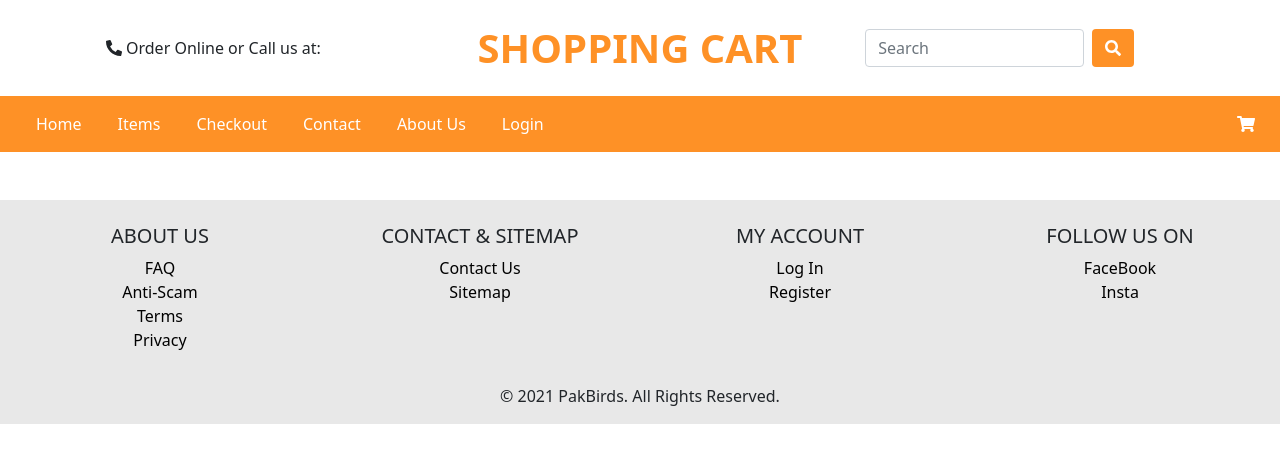
Repository: SaudCh/React-Ecommerce
Page: /checkout
These files come from the project's save history. The page is drawn as it stood at one moment and after the next save; the edit follows.
The browser window is 1280 px wide. The pictures show the whole page.
The project was rebuilt for these pictures with package versions that can differ from the ones it lists, and the page was loaded fresh each time. Also part of the build but not shown: src/App.css, src/Home/Carousel.jsx, src/data/items.js, src/data/discounted.js, src/Home/Card.jsx, src/Home/home.jsx, src/Login/Login.jsx, src/Register/register.jsx and 3 more.

Above is the page before, as saved 2021-12-22 15:00:24.

### src/App.js
import "./App.css";
import Header from "./Header/Header";
import "../node_modules/bootstrap/dist/css/bootstrap.min.css";
import "../node_modules/bootstrap/dist/js/bootstrap.bundle.min";
import Home from "./Home/home";
import { BrowserRouter, Switch, Route } from "react-router-dom";
import Login from "./Login/Login";
import Register from "./Register/register";
import Item from "./Item/item";
import Footer from "./Footer/Footer";
import React, { useState } from "react";
import Cart from "./Cart/Cart";

function App() {
  const [cart, setCart] = useState([]);
  const cartHandler = (prod) => {
    //console.log(prod);
    setCart((product) => [...product, prod]);
    //console.log(cart);
  };
  const removeCart = (id) => {
    //console.log(id);
    setCart((c) => {
      return c.filter((ca) => ca.id !== id);
    });
  };
  return (
    <BrowserRouter>
      <Header cart={cart} />
      <Switch>
        <Route path="/" exact>
          <Home cartHandler={cartHandler} />
        </Route>
        <Route path="/product/:pid" exact>
          <Item />
        </Route>
        <Route path="/login" exact>
          <Login />
        </Route>
        <Route path="/register" exact>
          <Register />
        </Route>
        <Route path="/cart" exact>
          {/* <Register /> */}
          <Cart cart={cart} removeCart={removeCart} />
        </Route>
      </Switch>
      <Footer />
    </BrowserRouter>
  );
}

export default App;

### src/Header/Header.jsx
import {
  faPhoneAlt,
  faSearch,
  faShoppingCart,
} from "@fortawesome/free-solid-svg-icons";
import { FontAwesomeIcon } from "@fortawesome/react-fontawesome";
import React from "react";
import { Link } from "react-router-dom";
import "./Header.css";

export default function Header(props) {
  return (
    <div>
      <nav className="container-fluid  my-4">
        <div className="row align-items-center">
          <div className="col-12 col-md-4 my-2 my-lg-0 text-center ">
            <p className="m-0 p-0">
              <FontAwesomeIcon icon={faPhoneAlt} /> Order Online or Call us at:{" "}
            </p>
          </div>
          <div className="col-12 col-md-4 my-2 my-lg-0 text-center">
            <p className="m-0 fw-bold h1" style={{ color: "#fe9126" }}>
              SHOPPING CART
            </p>
          </div>
          <div className="col-12 col-md-4 my-2 my-lg-0 text-center">
            <form class="d-flex col-12 col-lg-8">
              <input
                class="form-control me-2"
                type="search"
                placeholder="Search"
                aria-label="Search"
              />
              <button
                class="btn text-white"
                style={{ backgroundColor: "#fe9126" }}
                type="submit"
              >
                <FontAwesomeIcon icon={faSearch} />
              </button>
            </form>
          </div>
        </div>
      </nav>
      <nav
        class="navbar navbar-expand-md navbar-dark"
        style={{ backgroundColor: "#fe9126" }}
      >
        <div class="container-fluid">
          <Link class="navbar-brand" href="#"></Link>

          <button
            class="navbar-toggler"
            type="button"
            data-bs-toggle="collapse"
            data-bs-target="#navbarSupportedContent"
            aria-controls="navbarSupportedContent"
            aria-expanded="false"
            aria-label="Toggle navigation"
          >
            <span class="navbar-toggler-icon"></span>
          </button>
          <div class="collapse navbar-collapse" id="navbarSupportedContent">
            <ul class="navbar-nav me-auto mb-2 mb-lg-0 nav-ul">
              <li class="nav-item">
                <Link class="nav-link  text-white" aria-current="page" to="/">
                  Home
                </Link>
              </li>
              <li class="nav-item">
                <Link class="nav-link  text-white" to="#">
                  Items
                </Link>
              </li>

              <li class="nav-item">
                <Link
                  class="nav-link text-white"
                  to="#"
                  tabindex="-1"
                  aria-disabled="true"
                >
                  Checkout
                </Link>
              </li>
              <li class="nav-item">
                <Link
                  class="nav-link text-white"
                  to="#"
                  tabindex="-1"
                  aria-disabled="true"
                >
                  Contact
                </Link>
              </li>
              <li class="nav-item">
                <Link
                  class="nav-link text-white"
                  to="#"
                  tabindex="-1"
                  aria-disabled="true"
                >
                  About Us
                </Link>
              </li>
              <li class="nav-item">
                <Link
                  class="nav-link text-white"
                  to="/login"
                  tabindex="-1"
                  aria-disabled="true"
                >
                  Login
                </Link>
              </li>
            </ul>
            <Link to="/cart" className="btn text-white">
              <FontAwesomeIcon icon={faShoppingCart} />
              {props.cart.length ? (
                <span
                  className="bg-danger"
                  style={{
                    borderRadius: "50%",
                    position: "absolute",
                    top: 10,
                    right: 10,
                    height: 20,
                    width: 20,
                    display: "flex",
                    alignItems: "center",
                    justifyContent: "center",
                  }}
                >
                  {props.cart.length}
                </span>
              ) : null}
            </Link>
          </div>
        </div>
      </nav>
    </div>
  );
}

### src/Footer/Footer.jsx
import React from "react";
import "./footer.css";

export default function Footer() {
  return (
    <footer
      style={{ backgroundColor: "#e8e8e8" }}
      class="page-footer font-small blue pt-4 mt-5"
    >
      <div class="container-fluid text-center text-md-left">
        <div class="row">
          <div class="col-md-3 mb-md-0 mb-3">
            <h5 class="text-uppercase">ABOUT US</h5>

            <ul class="list-unstyled">
              <li>
                <a href="#!">FAQ</a>
              </li>
              <li>
                <a href="#!">Anti-Scam</a>
              </li>
              <li>
                <a href="#!">Terms</a>
              </li>
              <li>
                <a href="#!">Privacy</a>
              </li>
            </ul>
          </div>
          <div class="col-md-3 mb-md-0 mb-3">
            <h5 class="text-uppercase">CONTACT & SITEMAP</h5>

            <ul class="list-unstyled">
              <li>
                <a href="#!">Contact Us</a>
              </li>
              <li>
                <a href="#!">Sitemap</a>
              </li>
            </ul>
          </div>
          <div class="col-md-3 mb-md-0 mb-3">
            <h5 class="text-uppercase">MY ACCOUNT</h5>

            <ul class="list-unstyled">
              <li>
                <a href="#!">Log In</a>
              </li>
              <li>
                <a href="#!">Register</a>
              </li>
            </ul>
          </div>

          <div class="col-md-3 mb-md-0 mb-3">
            <h5 class="text-uppercase">FOLLOW US ON</h5>

            <ul class="list-unstyled">
              <li>
                <a href="#!">FaceBook</a>
              </li>
              <li>
                <a href="#!">Insta</a>
              </li>
            </ul>
          </div>
        </div>
      </div>

      <div class="footer-copyright text-center py-3">
        © 2021 PakBirds. All Rights Reserved.
      </div>
    </footer>
  );
}

### src/Header/Header.css
.nav-ul li {
  margin-right: 20px;
}

### src/Footer/footer.css
* {
  margin: 0;
  padding: 0;
}
.links {
  color: black;
  text-decoration: none;
}
.links:hover {
  color: black;
}

footer a {
  color: black;
  text-decoration: none;
}
footer a:hover {
  color: black;
}

Loaded but not shown: public/index.html (common file); src/index.js (common file); src/reportWebVitals.js (common file)

After the next save:
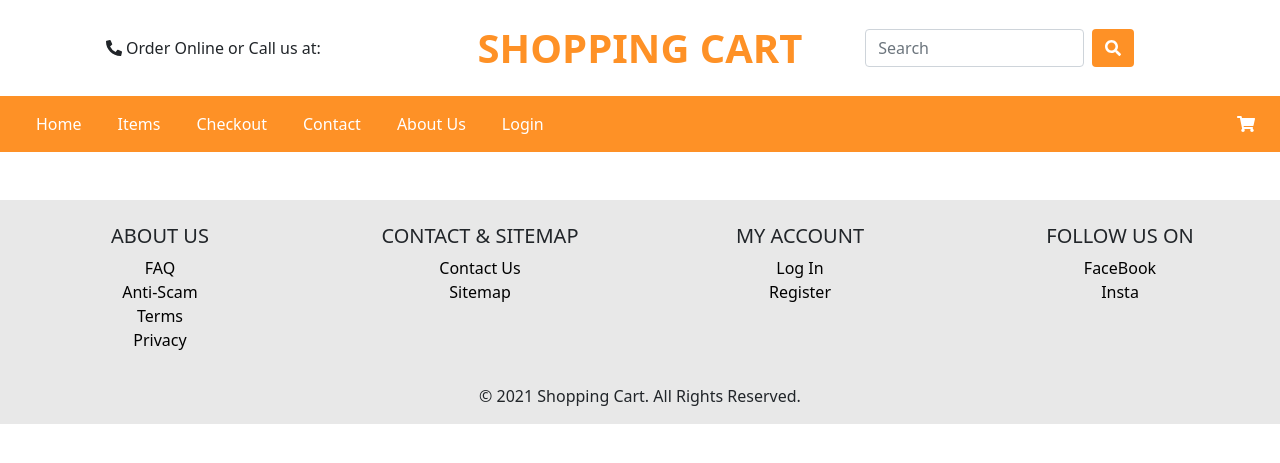
Saved 109 s later.
--- a/src/Footer/Footer.jsx
+++ b/src/Footer/Footer.jsx
@@ -68,7 +68,7 @@ export default function Footer() {
       </div>
 
       <div class="footer-copyright text-center py-3">
-        © 2021 PakBirds. All Rights Reserved.
+        © 2021 Shopping Cart. All Rights Reserved.
       </div>
     </footer>
   );
